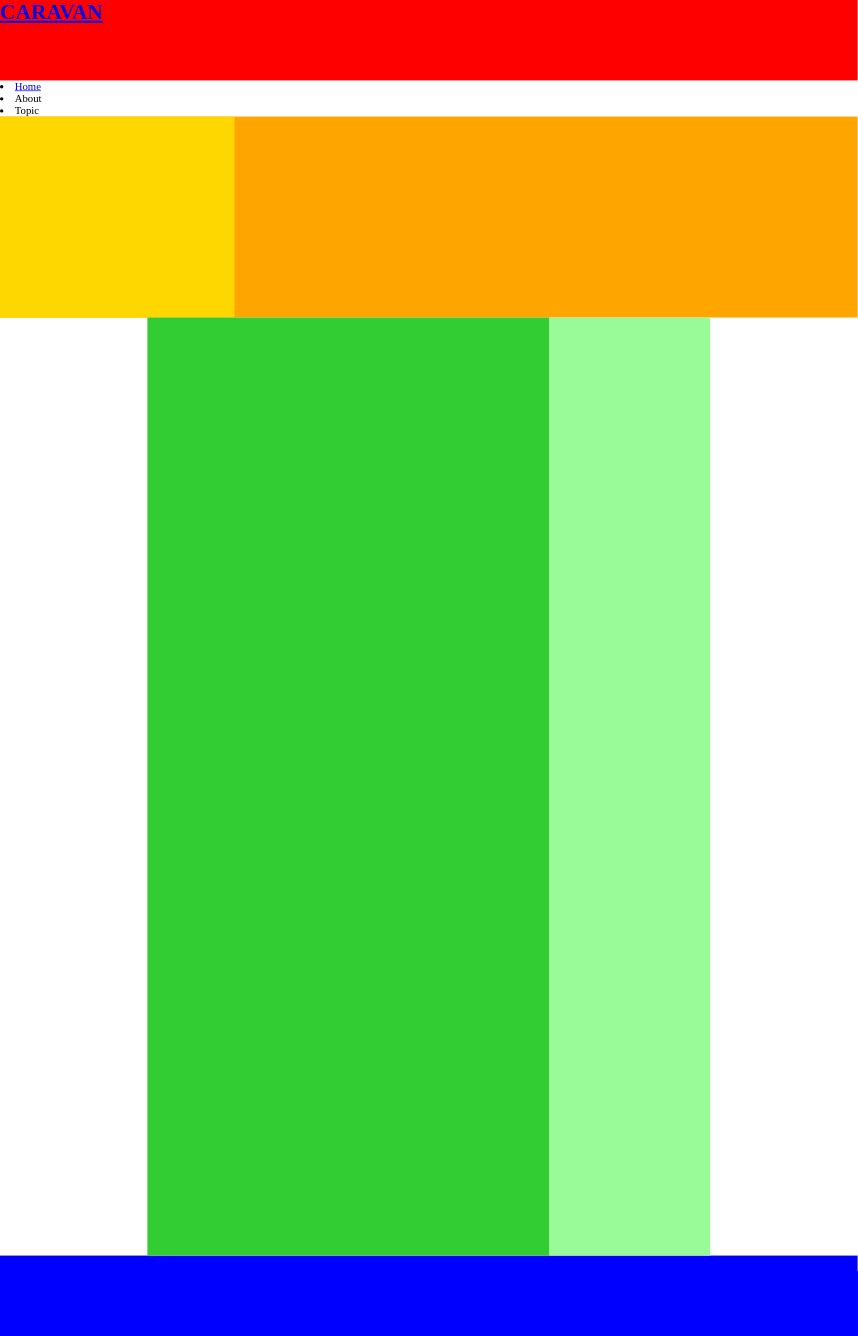
Repository: to3955/ouyoukadai1
Page: caravan/index.html
The author's editor kept a record of every edit. The page is drawn from the files as they stood at one moment, then again after the next edit.
The browser window is 1280 px wide. The pictures show the whole page, at 67% of full size.

Above is the page before.

### caravan/index.html
<!DOCTYPE HTML>
<htlm lang="jp">
  <head>
    <meta charset="UTF=8">

    <link rel="stylesheet"href="stlye.css"/>

    <title>CARAVAN</title>

  </head>

  <body>
    <header>

      <h1 class="heading">

    <a href="index.html">
          CARAVAN
        </a>

       </h1>

    </header>

    <nav>
      <ul class="nav-list"></ul>

      <li class="nav-list-item">
          <a href="index.html">Home</a>
        </li>
        <li class="nav-list-item">About</li>
        <li class="nav-list-item">Topic</li>

    </nav>

    <div class="main-visual">

      <div class="main-visual-content"></div>

    </div>

    <div class="main">

      <div class="blog"></div>
      <div class="sidebar"></div>
      </div>

    <footer></footer>


  </body>

  </html>

### caravan/stlye.css
*{
  margin: 0;
  padding: 0;
  box-sizing: border-box;
}
header{
  width:100%;
  height:120px;
  background-color: red;
}

header .heading {
  font-size: 32px;
}


.header-top {
  width: 100%;
  height: 70px;
  background-color: hotpink;
}

.header-bottom {
  width: 100%;
  height: 50px;
  background-color: pink;
}

.main-visual{
  width:100%;
  height:300px;
  background-color:orange;
}

.main-visual-content {
  width: 350px;
  height: 300px;
  background-color: gold
}

.main{
  width:840px;
  height: 1400px;
  display: flex;
  justify-content: center;
  margin: 0 auto;
}

.blog {
  width: 600px;
  height: 1400px;
  background-color: limegreen;
}

.sidebar {
  width: 240px;
  height: 1400px;
  background-color: palegreen;
}

footer{
  width:100%;
  height:120px;
  background-color:blue;
}

After the next edit:
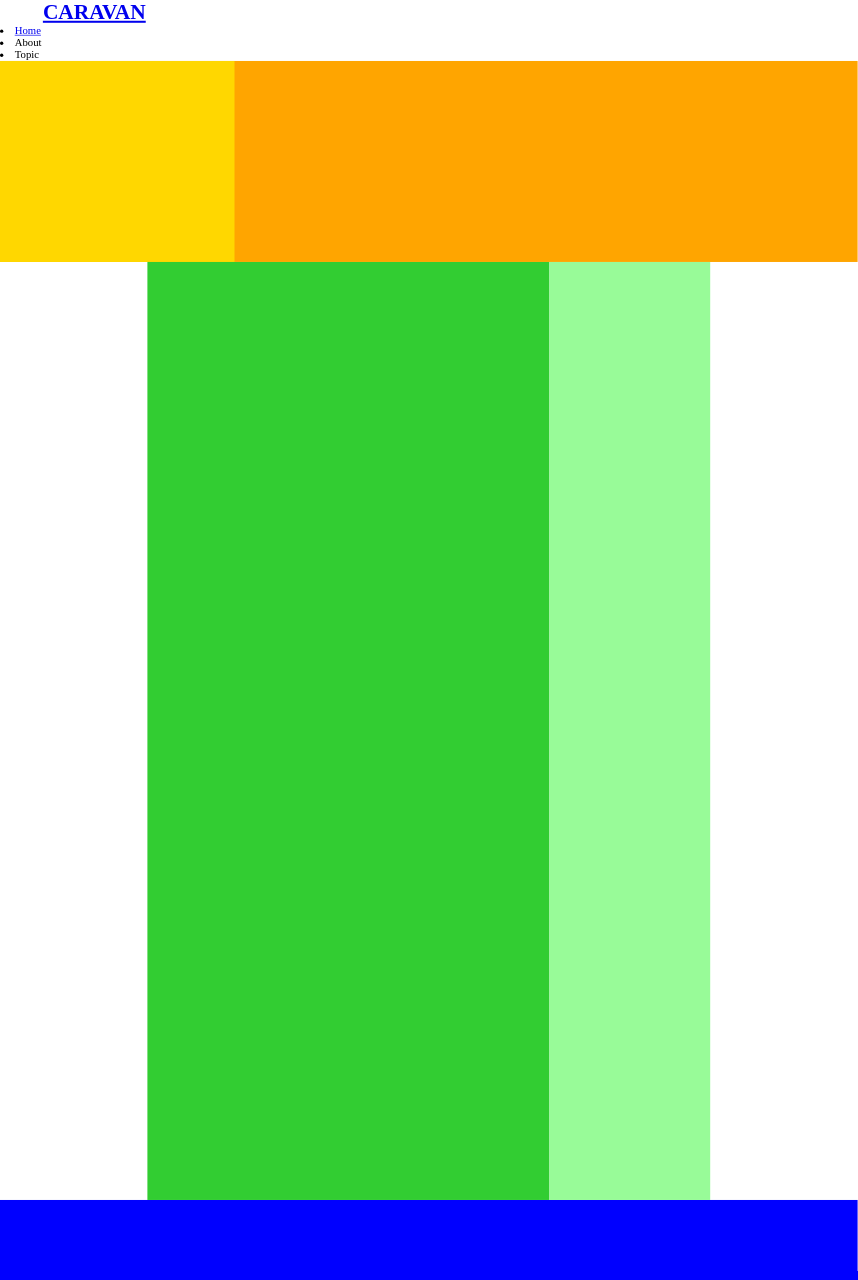
The edit:
--- a/caravan/stlye.css
+++ b/caravan/stlye.css
@@ -4,9 +4,9 @@
   box-sizing: border-box;
 }
 header{
-  width:100%;
-  height:120px;
-  background-color: red;
+  width:90%;
+  height:15px 0;
+  margin: 0 auto;
 }
 
 header .heading {
